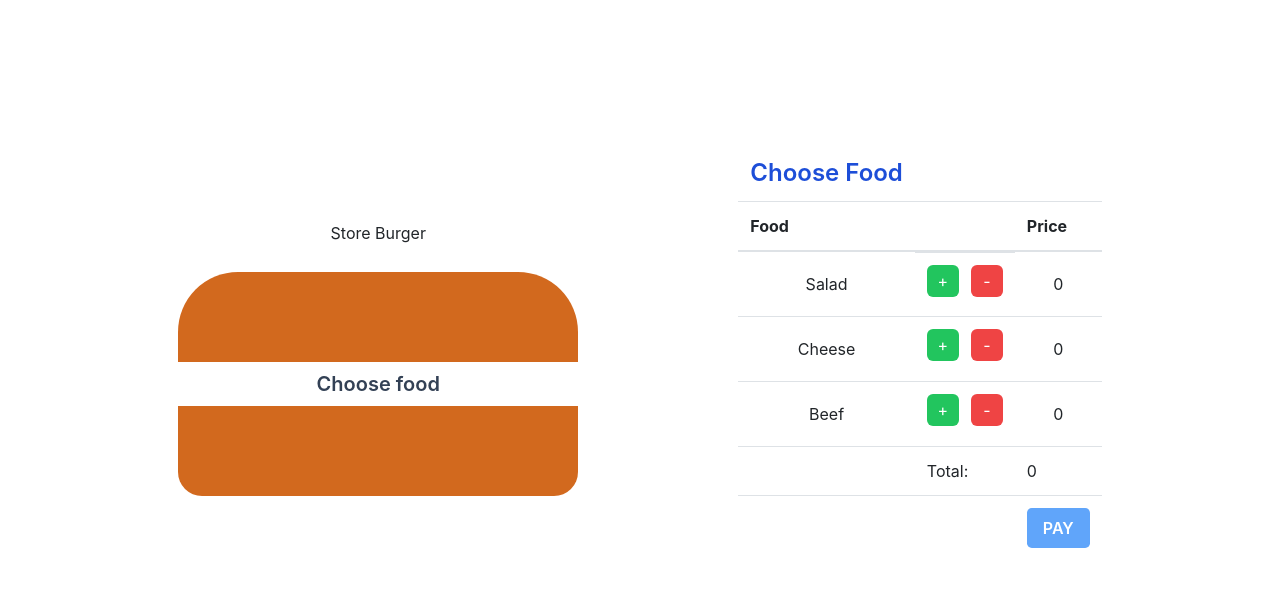
Repository: baobaodeveloper/bootcamp21_HuynhAnhBao_Burger
Page: /
These files come from the project's save history. The page is drawn as it stood at one moment and after the next save; the edit follows.
The browser window is 1280 px wide. The pictures show the whole page.
The project was rebuilt for these pictures with package versions that can differ from the ones it lists, and the page was loaded fresh each time. Also part of the build but not shown: vite.config.js.

Above is the page before, as saved 2022-05-15 19:11:59.

After the next save:
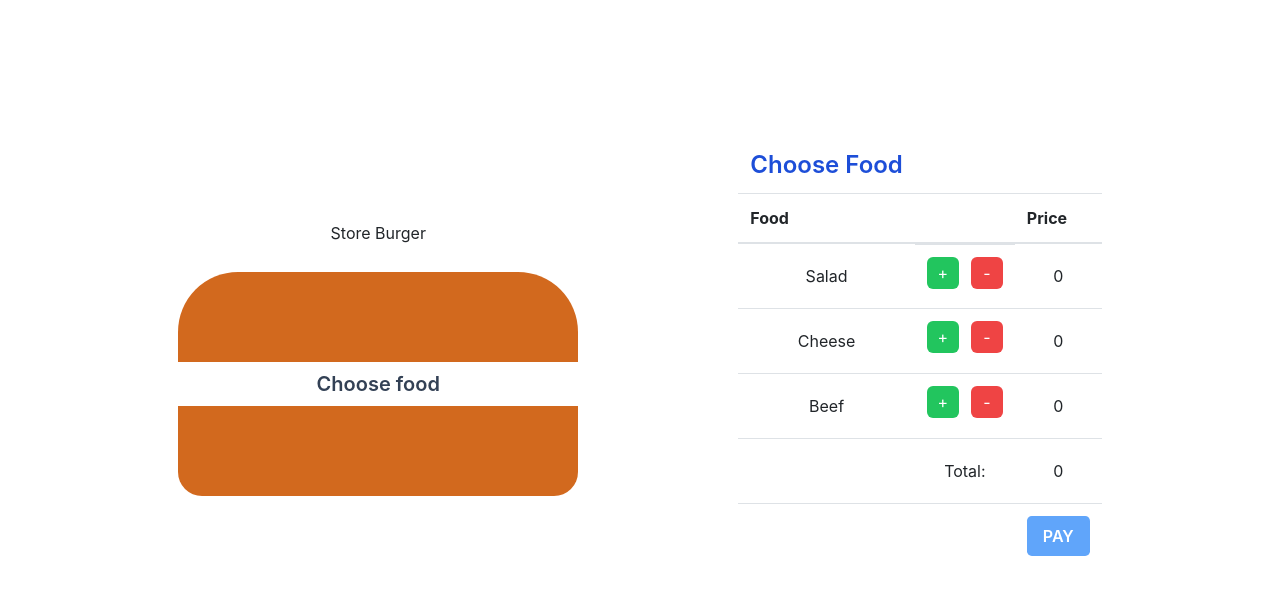
Saved 40 s later.
--- a/src/components/dataBuger/Burger.jsx
+++ b/src/components/dataBuger/Burger.jsx
@@ -84,8 +84,8 @@ export default function Burger() {
               ))}
               <tr>
                 <td></td>
-                <td>Total:</td>
-                <td>
+                <td className="h-[40x] leading-[40px] text-center">Total:</td>
+                <td className="h-[40x] leading-[40px] text-center">
                   {dataQtyFood.reduce((acc, item) => acc + item.value, 0)}
                 </td>
               </tr>
